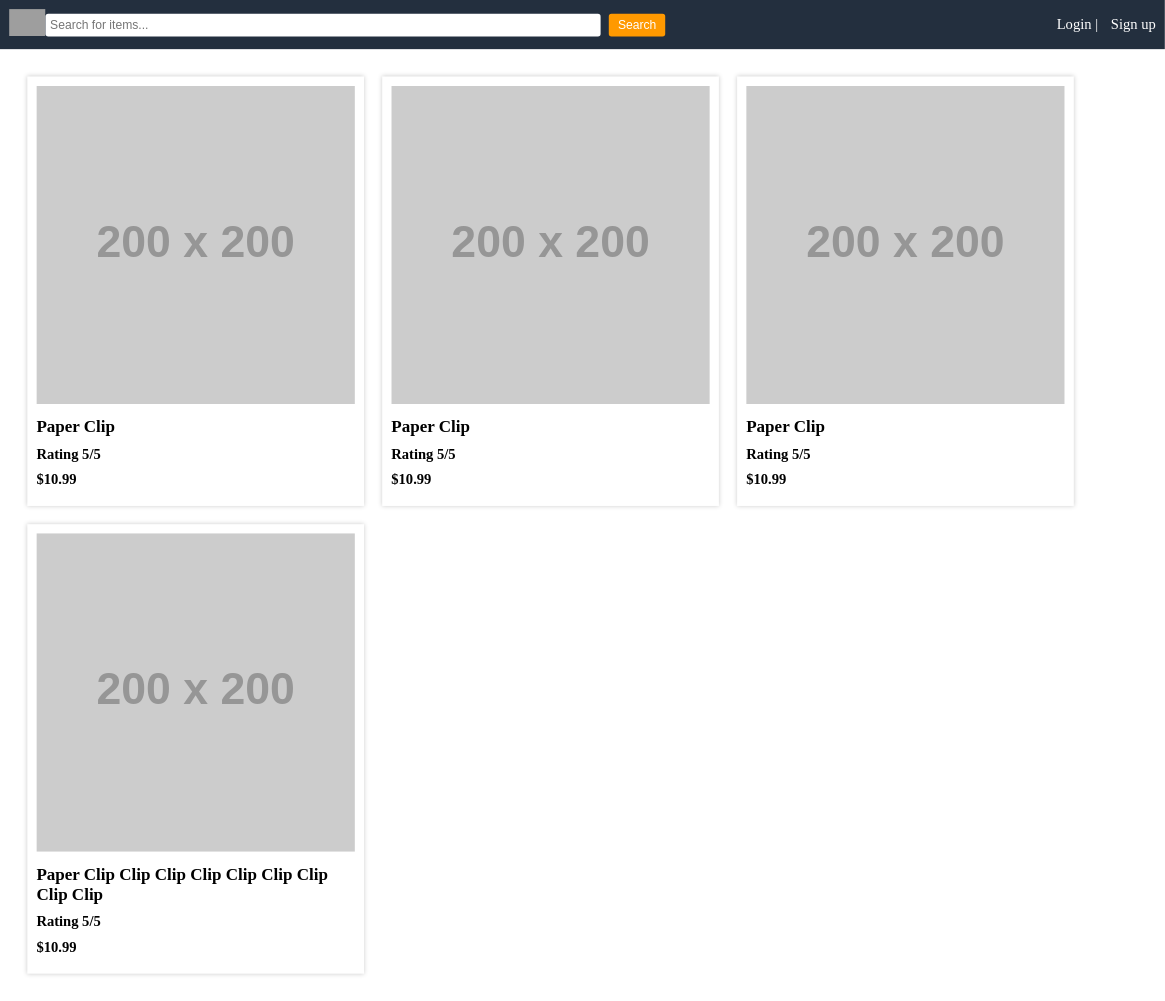
Repository: Minh-John-Le/OfficeSupplyDepot
Page: http://localhost/OfficeSupplyDepotServlet/MainPage.jsp
The author's editor kept a copy of each file at every save. The page is drawn from the files as they stood at one save, then again after the next save.
The browser window is 1280 px wide. The pictures show the whole page, at 91% of full size.
Pictures or frames that could not be fetched are drawn as grey boxes. The page is served by Tomcat 9. Nobody is signed in. The application's start-up code is not run. Other server files are loaded and not shown.

Above is the page before, as saved 2023-03-13 23:55:51.

### OfficeSupplyDepotServlet/src/main/webapp/MainPage.jsp
<%@page import = "Beans.*" %>
<!DOCTYPE html>
<html>
<head>
	<meta charset="UTF-8">
	<title>Office Supply Depot</title>
	<link rel="stylesheet" href="MainPage.css">
</head>
<body>
	<div class="header">
		<div class="logo">
			<img src="my-logo.png" alt="Office Supply Depot &nbsp &nbsp">
		</div>
		<div class="search">
			<input type="text" placeholder="Search for items...">
			<button>Search</button>
		</div>

			<div class="login-signup">
			<%
			Customer loginCustomer = (Customer) session.getAttribute("loginCustomer");
			Store loginStore = (Store) session.getAttribute("loginStore");
			if (loginCustomer == null && loginStore == null)
			{
			%>
				<a href="Login.jsp">Login</a> | <a href="SignUp.jsp">Sign up</a>
			<%
				}
				else
				{
			%>
				<div> Hello, user </div>
			<%
				}
			%>
			</div>

	</div>
	<div class="item-container">
		<div class="item-box">
			<img src="https://dummyimage.com/200x200/000/fff&text=Paperclips">
			<h3>Paper Clip</h3>
			<p>Rating 5/5</p>
			<p>$10.99</p>
		</div>
		<div class="item-box">
			<img src="https://dummyimage.com/200x200/000/fff&text=Paperclips">
			<h3>Paper Clip</h3>
			<p>Rating 5/5</p>
			<p>$10.99</p>
		</div>
		<div class="item-box">
			<img src="https://dummyimage.com/200x200/000/fff&text=Paperclips">
			<h3>Paper Clip</h3>
			<p>Rating 5/5</p>
			<p>$10.99</p>
		</div>
		<div class="item-box">
			<img src="https://dummyimage.com/200x200/000/fff&text=Paperclips">
			<h3>Paper Clip Clip Clip Clip Clip Clip Clip Clip Clip</h3>
			<p>Rating 5/5</p>
			<p>$10.99</p>
		</div>
	</div>
</body>
</html>

### OfficeSupplyDepotServlet/src/main/webapp/MainPage.css
/* Global Styles */
body {
	margin: 0;
	padding: 0;
}

/* Header Styles */
.header {
	background-color: #232f3e;
	color: #fff;
	display: flex;
	align-items: center;
	padding: 10px;
}
.logo img {
	height: 30px;
}
.search input[type="text"] {
	padding: 5px;
	border: none;
	border-radius: 3px;
	width: 600px;
}
.search button {
	background-color: #ff9900;
	color: #fff;
	border: none;
	border-radius: 3px;
	padding: 5px 10px;
	margin-left: 5px;
	cursor: pointer;
}
.login-signup {
	margin-left: auto;
}
.login-signup a {
	color: #fff;
	text-decoration: none;
	margin-left: 10px;
}

/* Item Box Styles */
.item-container {
	display: flex;
	flex-wrap: wrap;
	padding: 20px;
}
.item-box {
	width: 350px;
	margin: 10px;
	padding: 10px;
	background-color: #fff;
	box-shadow: 0px 0px 5px rgba(0, 0, 0, 0.2);
}
.item-box img {
	width: 100%;
}
.item-box h3 {
	margin: 10px 0;
}
.rating {
	color: #ff9900;
	margin: 10px 0;
}
.checked {
	color: #ff9900;
}
.item-box p {
	font-weight: bold;
	margin: 10px 0;
}

After the next save:
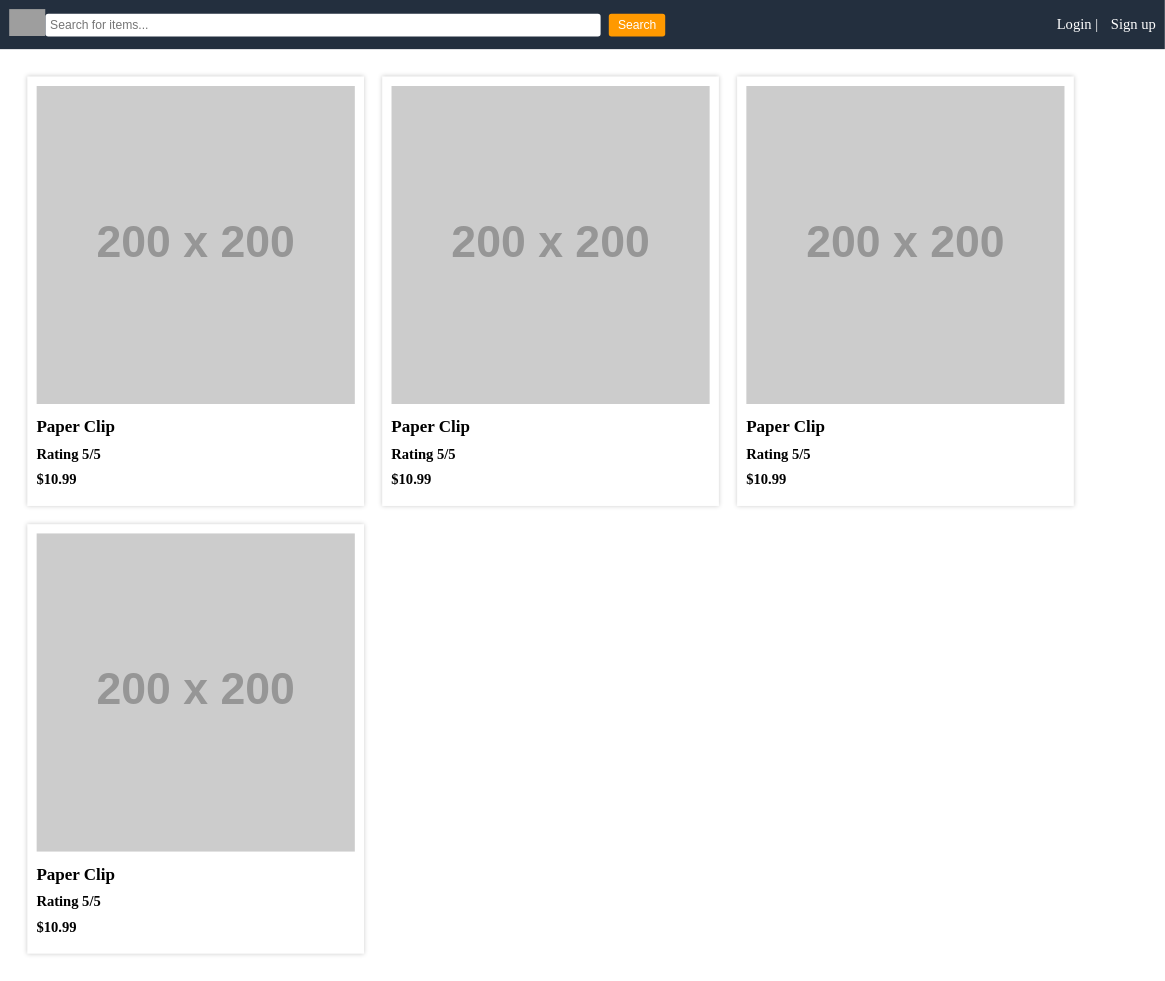
Saved 3 min 32 s later.
--- a/OfficeSupplyDepotServlet/src/main/webapp/MainPage.jsp
+++ b/OfficeSupplyDepotServlet/src/main/webapp/MainPage.jsp
@@ -57,7 +57,7 @@
 		</div>
 		<div class="item-box">
 			<img src="https://dummyimage.com/200x200/000/fff&text=Paperclips">
-			<h3>Paper Clip Clip Clip Clip Clip Clip Clip Clip Clip</h3>
+			<h3>Paper Clip</h3>
 			<p>Rating 5/5</p>
 			<p>$10.99</p>
 		</div>
